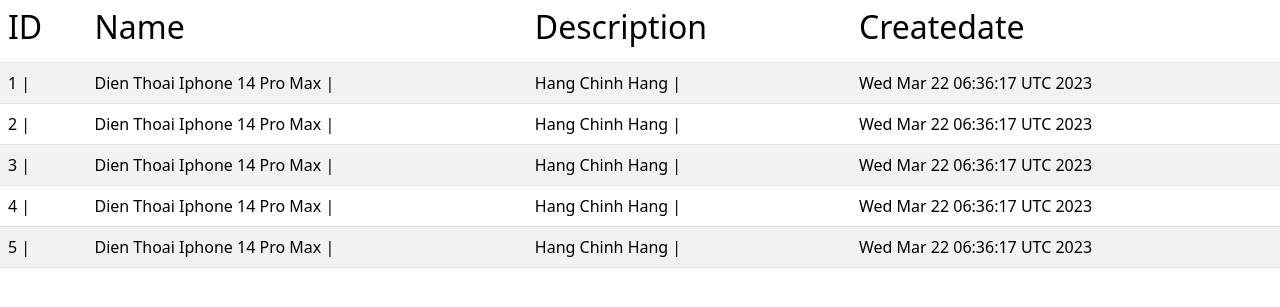
Repository: saiyagodvp/_java4
Page: http://localhost/slide4/product
The author's editor kept a copy of each file at every save. The page is drawn from the files as they stood at one save, then again after the next save.
The browser window is 1280 px wide. The pictures show the whole page.
The page is served by Tomcat 9. Other server files are loaded and not shown.

Above is the page before, as saved 2023-03-24 10:58:11.

### slide4/src/main/webapp/product/list.jsp
<%@page import="org.apache.jasper.tagplugins.jstl.core.ForEach"%>
<%@ page language="java" contentType="text/html; charset=UTF-8"
	pageEncoding="UTF-8"%>

<%@page import="java.util.List"%>
<%@page import="model.Product "%>
<%@taglib uri="http://java.sun.com/jsp/jstl/core" prefix="c"%>
<!DOCTYPE html>
<html>
<head>
<link
	href="https://cdn.jsdelivr.net/npm/bootstrap@5.3.0-alpha1/dist/css/bootstrap.min.css"
	rel="stylesheet">
<script
	src="https://cdn.jsdelivr.net/npm/bootstrap@5.3.0-alpha1/dist/js/bootstrap.bundle.min.js"></script>

<script
	src="https://cdnjs.cloudflare.com/ajax/libs/angular.js/1.8.3/angular.min.js"
	integrity="sha512-KZmyTq3PLx9EZl0RHShHQuXtrvdJ+m35tuOiwlcZfs/rE7NZv29ygNA8SFCkMXTnYZQK2OX0Gm2qKGfvWEtRXA=="
	crossorigin="anonymous" referrerpolicy="no-referrer">

</script>
<script
	src="https://cdnjs.cloudflare.com/ajax/libs/angular.js/1.8.3/angular.min.js"
	integrity="sha512-KZmyTq3PLx9EZl0RHShHQuXtrvdJ+m35tuOiwlcZfs/rE7NZv29ygNA8SFCkMXTnYZQK2OX0Gm2qKGfvWEtRXA=="
	crossorigin="anonymous" referrerpolicy="no-referrer">

</script>
<meta charset="UTF-8">
<title>Insert title here</title>
</head>
<body align="center">
	<%-- <%
		List<Product> products = (List<Product>) request.getAttribute("listproducts");
		for (Product p : products){
			response.getWriter().print(p.getName());
		}
	%> --%>

	<!-- &nbsp -->

	<table class="table table-hover  table-striped ">
		<thead>
			<td><h2>ID</h2></td>
			<td><h2>Name</h2></td>
			<td><h2>Description</h2></td>
			<td><h2>Createdate</h2></td>
		</thead>
		<tbody>
			<c:forEach items="${listProducts}" var="p">
				<tr>
					<td>${p.id}&nbsp|</td>
					<td>${p.name}&nbsp|</td>
					<td>${p.description}&nbsp|</td>
					<td>${p.createdate}</td>
				</tr>
			</c:forEach>
		</tbody>
	</table>
</body>
</html>

### slide4/src/main/java/controller/ProductController.java
package controller;

import java.io.IOException;
import java.util.ArrayList;
import java.util.Date;
import java.util.List;
import model.Product;
import javax.servlet.ServletException;
import javax.servlet.annotation.WebServlet;
import javax.servlet.http.HttpServlet;
import javax.servlet.http.HttpServletRequest;
import javax.servlet.http.HttpServletResponse;


@WebServlet("/product")
public class ProductController extends HttpServlet {
	private static final long serialVersionUID = 1L;

	public ProductController() {
		super();
		// TODO Auto-generated constructor stub
	}

	protected void doGet(HttpServletRequest request, HttpServletResponse response)
			throws ServletException, IOException {
		List<Product> p = new ArrayList<>();
		p.add(new Product(1, "Dien Thoai Iphone 14 Pro Max", "Hang Chinh Hang", new Date()));
		p.add(new Product(2, "Dien Thoai Iphone 14 Pro Max", "Hang Chinh Hang", new Date()));
		p.add(new Product(3, "Dien Thoai Iphone 14 Pro Max", "Hang Chinh Hang", new Date()));
		p.add(new Product(4, "Dien Thoai Iphone 14 Pro Max", "Hang Chinh Hang", new Date()));
		p.add(new Product(5, "Dien Thoai Iphone 14 Pro Max", "Hang Chinh Hang", new Date()));
		request.setAttribute("listProducts", p);
		request.getRequestDispatcher("/product/list.jsp").forward(request, response);
	}

	protected void doPost(HttpServletRequest request, HttpServletResponse response)
			throws ServletException, IOException {

	}

}

### slide4/src/main/java/model/Product.java
package model;

import java.util.Date;

public class Product {
	private int id;
	private String name;
	private String description;
	private Date createdate;

	public Product() {
		super();
	}

	public Product(int id, String name, String description, Date createdate) {
		super();
		this.id = id;
		this.name = name;
		this.description = description;
		this.createdate = createdate;
	}

	public int getId() {
		return id;
	}

	public void setId(int id) {
		this.id = id;
	}

	public String getName() {
		return name;
	}

	public void setName(String name) {
		this.name = name;
	}

	public String getDescription() {
		return description;
	}

	public void setDescription(String description) {
		this.description = description;
	}

	public Date getCreatedate() {
		return createdate;
	}

	public void setCreatedate(Date createdate) {
		this.createdate = createdate;
	}

}

After the next save:
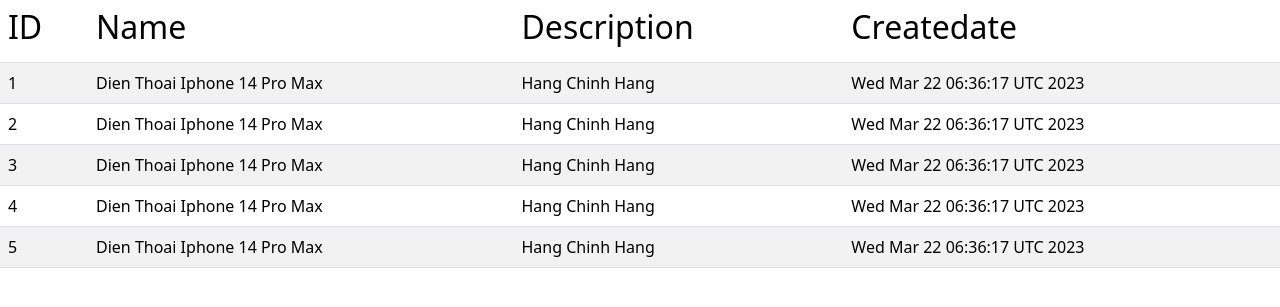
Saved 24 s later.
--- a/slide4/src/main/webapp/product/list.jsp
+++ b/slide4/src/main/webapp/product/list.jsp
@@ -49,9 +49,9 @@
 		<tbody>
 			<c:forEach items="${listProducts}" var="p">
 				<tr>
-					<td>${p.id}&nbsp|</td>
-					<td>${p.name}&nbsp|</td>
-					<td>${p.description}&nbsp|</td>
+					<td>${p.id}</td>
+					<td>${p.name}</td>
+					<td>${p.description}</td>
 					<td>${p.createdate}</td>
 				</tr>
 			</c:forEach>
